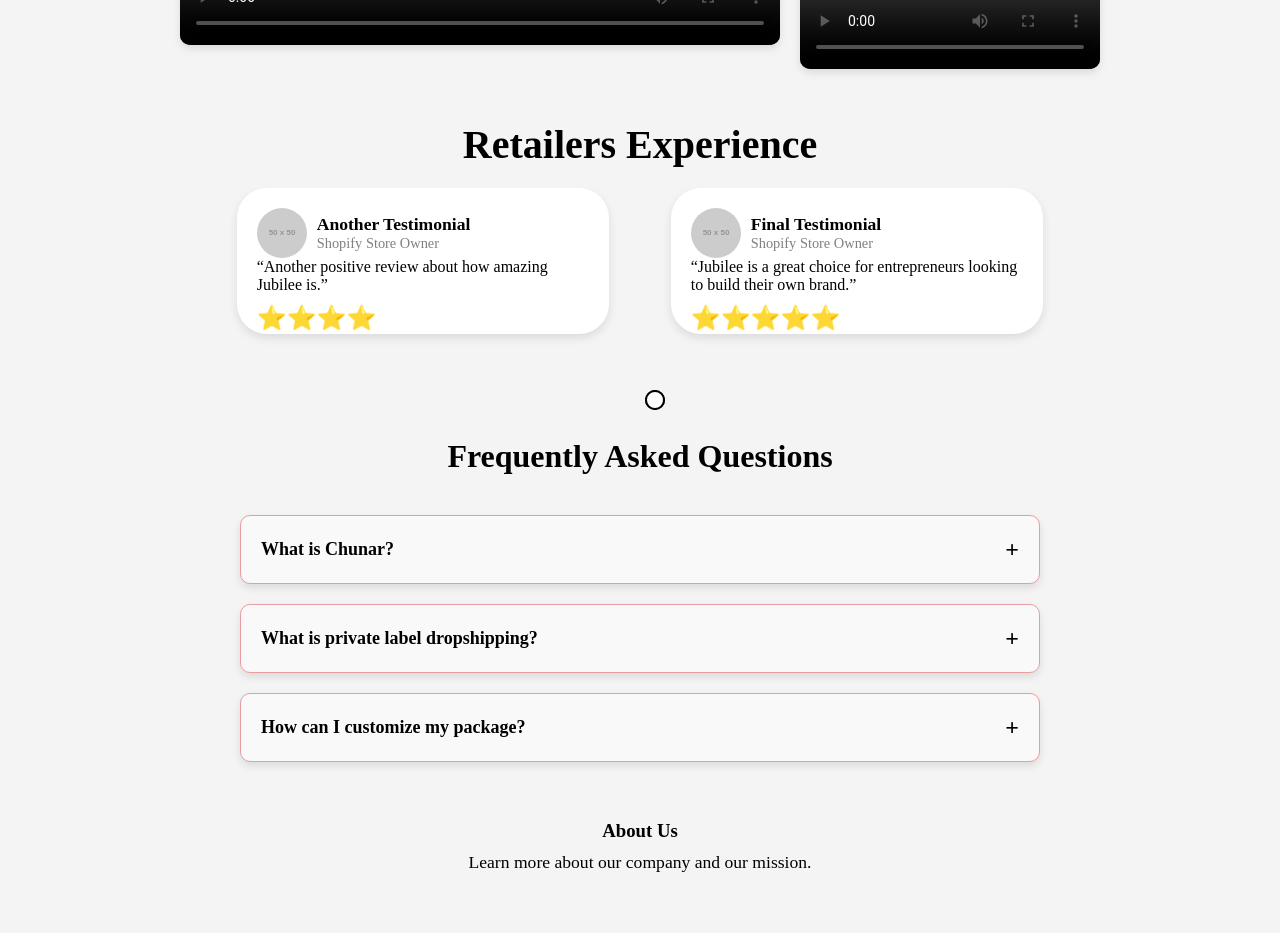
Repository: Nn-Exe/chunar-ecommerce
Page: / (app in ecommerce-frontend/)
The author's editor kept a copy of each file at every save. The page is drawn from the files as they stood at one save, then again after the next save.
The browser window is 1280 px wide. The pictures show the part of the page from y = 1187 to 2139 px (the page is 2120 px tall before and 2139 px after).
Pictures or frames that could not be fetched are drawn as grey boxes. The page's requests for data from a server got no answer. The project was rebuilt for these pictures with package versions that can differ from the ones it lists, and the page was loaded fresh each time. No one was signed in, and anything a server would have sent is missing. Also part of the build but not shown: ecommerce-frontend/src/components/SocialMedia.js.

Above is the page before, as saved 2024-09-12 12:52:00.

After the next save:
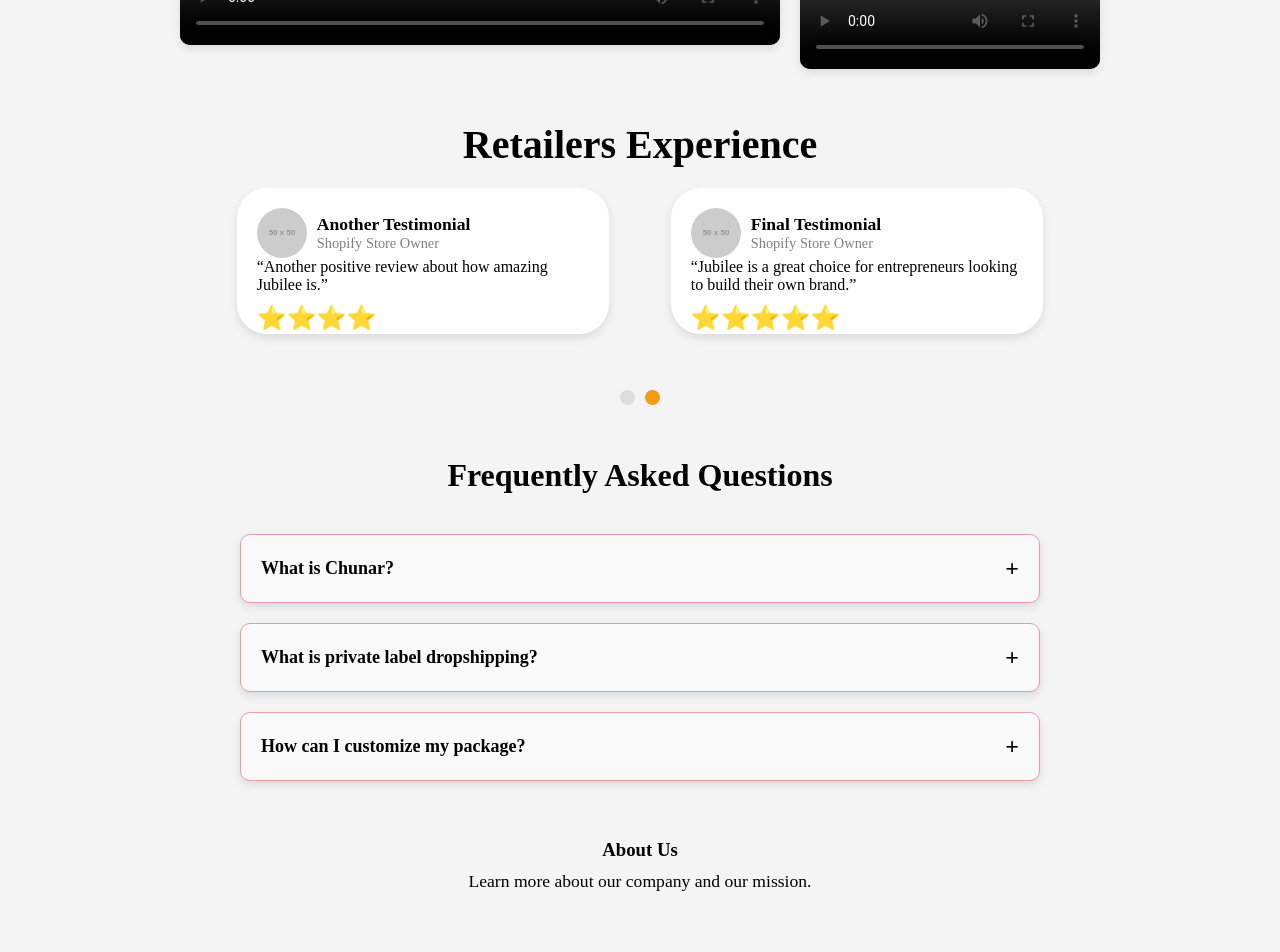
Saved 5 min 8 s later.
--- a/ecommerce-frontend/src/App.css
+++ b/ecommerce-frontend/src/App.css
@@ -372,7 +372,7 @@ body {
   box-shadow: 0 4px 8px rgba(0, 0, 0, 0.1);
 }
 
-.dot {
+/* .dot {
   position: absolute;
   width: 20px;
   height: 20px;
@@ -380,7 +380,7 @@ body {
   border-radius: 50%;
   border: 2px solid black;
   cursor: pointer;
-}
+} */
 
 /* Responsive Design */
 @media (max-width: 768px) {
